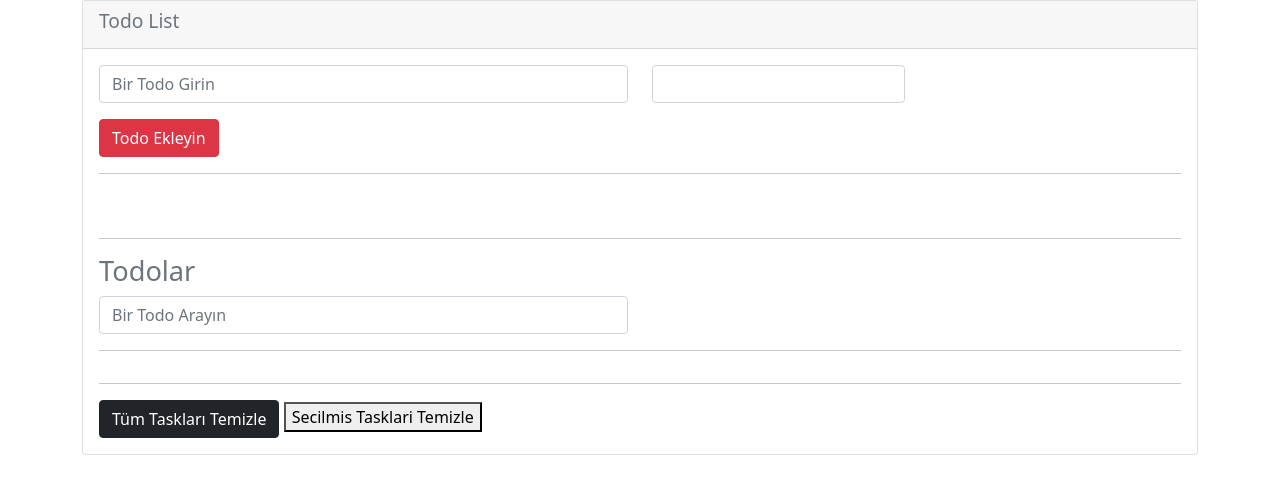
Repository: MammadovKamran/TodoList
Page: Todo List/todoList.html
An editor plug-in stored every save of this project. The page is shown before and after the next save, followed by the edit.
The browser window is 1280 px wide. The pictures show the whole page.
Some web libraries are served in a nearby version.

Above is the page before, as saved 2021-11-25 16:05:48.

### Todo List/todoList.html
<!DOCTYPE html>
<html lang="en">

<head>
  <meta charset="UTF-8" />
  <meta http-equiv="X-UA-Compatible" content="IE=edge" />
  <meta name="viewport" content="width=device-width, initial-scale=1.0" />
  <!-- Bootstrap Icons -->
  <link href="https://cdn.jsdelivr.net/npm/bootstrap@5.1.0/dist/css/bootstrap.min.css" rel="stylesheet" crossorigin="anonymous" />
  <!-- Bootstrap CSS -->

<link rel="stylesheet" href="https://cdn.jsdelivr.net/npm/bootstrap-icons@1.7.1/font/bootstrap-icons.css" crossorigin="anonymous">
  <title>Document</title>

  <style>
    ::selection {
      background-color: yellow;
    }
    .text-muted {
      font-size: 1.2rem;
    }
  </style>

</head>

<body>
  <div class="container">
    <div class="card">
      <div class="card-header">
        <h1 class="text-muted" >Todo List</h1>
      </div>
      <div class="card-body">
        <div class="row">
          <div class="col-sm-6">
            <form action="#" class="form-group" id="todo-form">
              <input class="form-control" type="text" name="todo-input" placeholder="Bir Todo Girin"
                aria-label="default input example" id="todo-input" />
              <button type="submit" class="btn btn-danger mt-3">
                Todo Ekleyin
              </button>

          </div>
          <div class="col-sm-3">
              <div class="form-group">
                <select name="todo" id="todo" title="todo-selector" class="form-control">
                    <option value="gym">Gym</option>
                    <option value="shop">Shop</option>
                    <option value="edu">Education</option>
                </select>
              </div>
          </div>
          </form>
          <div class="col-sm-12">
            <hr id="hr-unknown" />
        </div>
      </div>


    </div>
      <div class="card-body">
        <div class="row">
          <div class="col-sm-12">
            <hr />
          </div>
          <h2 class="text-muted" style="font-size: 1.7rem">Todolar</h2>
          <div class="col-sm-6">
            <form action="#" class="form-group">
              <input id="filter" class="form-control" type="text" placeholder="Bir Todo Arayın" aria-label="filter" />
            </form>
          </div>
          <div class="col-sm-12">
            <hr />
            <ul class="list-group">
                    <!-- <li class="list-group-item d-flex text-danger justify-content-between">
                 paramsTodo
                 <a href="#">
                 <i class="bi bi-file-x"></i>
                 </a>
          </li> -->
            </ul>
            <hr />
          </div>
        </div>
        <button class="btn btn-dark" id="clear-todos">
          Tüm Taskları Temizle
        </button>
        <button>Secilmis Tasklari Temizle</button>
      </div>
  </div>
  <script src="./app.js"></script>
</body>

</html>

### Todo List/app.js
let form = document.getElementById('todo-form');
let todoInput = document.getElementById('todo-input');
let todoSelector = document.getElementById('todo');
let cardBody1 = document.querySelectorAll('.card-body')[0];
let cardBody2 = document.querySelectorAll('.card-body')[1];
let todoList = document.querySelector('.list-group');

eventListeners();

function eventListeners() {
  form.addEventListener('submit', formValidation);
  todoSelector.addEventListener('change', filterChangeAbleTodo);
  cardBody2.addEventListener('click', deleteTodosFromUI$Str);
  document.addEventListener('DOMContentLoaded', getSelectedTodosFromStorage);
}

function formValidation(e) {
  let newTodo = todoInput.value.trim();
  let newSelect = todoSelector.value;

  if (newTodo === '') {
    displayMessage('danger', 'Todo daxil edin!!!');
  } else {
    displayMessage('primary', `${newTodo} daxil edildi...`);
    addTodo(newTodo);
    addTodosToStorage(newSelect, newTodo);
  }

  e.preventDefault();
}

function displayMessage(type, content) {
  let div = document.createElement('div');
  div.className = `alert alert-${type}`;
  div.textContent = content;

  cardBody1.appendChild(div);

  setTimeout(function () {
    div.remove();
  }, 2000);
}

function addTodo(nextTodo) {
  if (
    todoList.firstElementChild !== null &&
    todoList.firstElementChild.className === 'alert alert-danger'
  ) {
    todoList.removeChild(todoList.firstElementChild);
  }

  todoList.innerHTML += `

            <li class="list-group-item d-flex text-danger justify-content-between">
                 <b>${nextTodo}</b>
                 <a href="#">
                    <i class="bi bi-file-x"></i>
                 </a>
          </li>

    `;

  todoInput.value = '';
}

function getTodosFromStorage(params2key) {
  let todos;
  if (localStorage.getItem(params2key) === null) {
    todos = [];
  } else {
    todos = JSON.parse(localStorage.getItem(params2key));
  }
  return todos;
}

function addTodosToStorage(params1key, paramsValue) {
  let todos = getTodosFromStorage(params1key);
  todos.push(paramsValue);
  localStorage.setItem(params1key, JSON.stringify(todos));
}

function filterChangeAbleTodo() {
  let newSelect = todoSelector.value;
  localStorage.setItem('selector', newSelect);
  let todos = getTodosFromStorage(newSelect);

  while (todoList.firstElementChild !== null) {
    todoList.removeChild(todoList.firstElementChild);
  }

  if (todos && todos.length > 0) {
    todos.forEach(function (todo) {
      addTodo(todo);
    });
  } else {
    todoList.innerHTML = `
          <div class="alert alert-danger">there is no any task</div>

        `;
  }
}

function getSelectedTodosFromStorage() {
  todoSelector.value = localStorage.getItem('selector');
  let newSelector = todoSelector.value;
  getTodosFromStorage(newSelector).forEach(function (select) {
    addTodo(select);
  });
}

function deleteTodosFromUI$Str(e) {
  if (e.target.className === 'bi bi-file-x') {
    e.target.parentElement.parentElement.remove();
    let content =
      e.target.parentElement.parentElement.firstElementChild.textContent.trim();
    deleteFromStr(content);
    if (todoList.firstElementChild === null) {
      todoList.innerHTML = `
            <div class="alert alert-danger">there is no any task</div>

        `;
    }
  }
}

function deleteFromStr(paramsContent) {
  let todos = getTodosFromStorage(localStorage.getItem('selector'));

  todos.forEach(function (todo, index) {
    if (todo === paramsContent) {
      todos.splice(index, 1);
    }
  });
  localStorage.setItem(localStorage.getItem('selector'), JSON.stringify(todos));
}

After the next save:
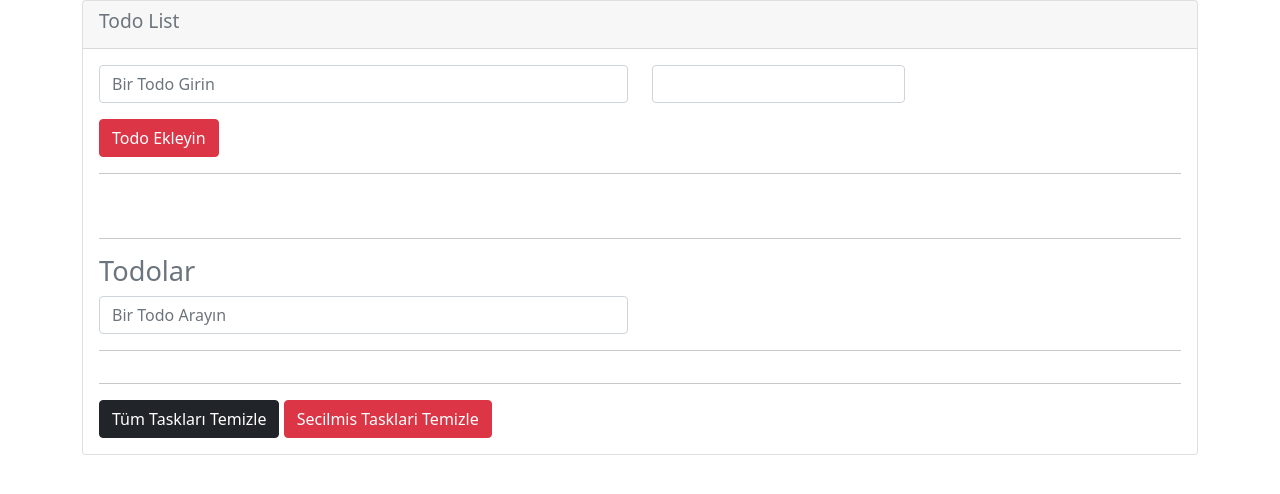
Saved 10 s later.
--- a/Todo List/todoList.html
+++ b/Todo List/todoList.html
@@ -84,7 +84,7 @@
         <button class="btn btn-dark" id="clear-todos">
           Tüm Taskları Temizle
         </button>
-        <button>Secilmis Tasklari Temizle</button>
+        <button class="btn btn-danger">Secilmis Tasklari Temizle</button>
       </div>
   </div>
   <script src="./app.js"></script>
